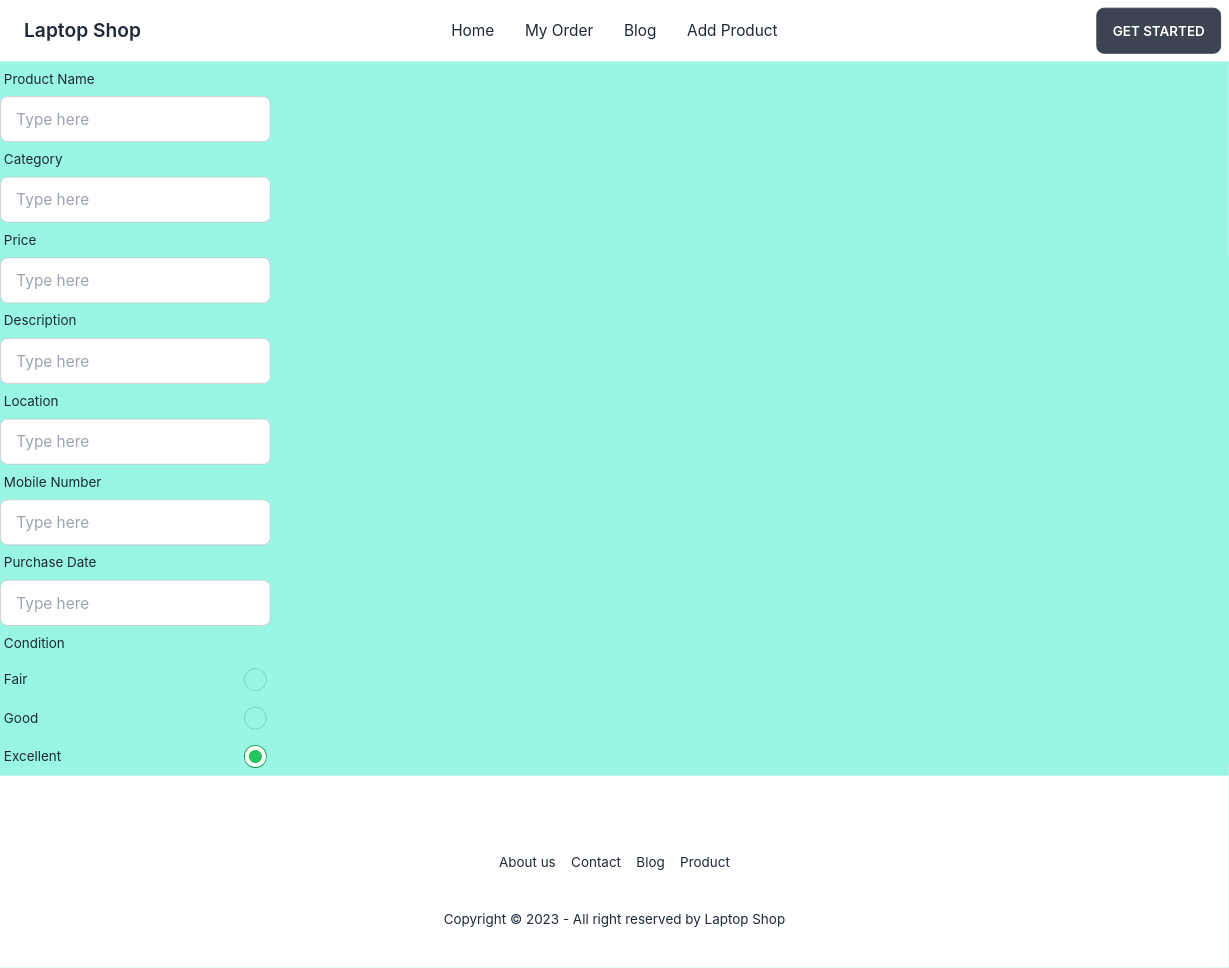
Repository: mdsajib50/E-commerce
Page: /add-product
These files come from the project's save history. The page is drawn as it stood at one moment and after a run of saves; the edit follows.
The browser window is 1280 px wide. The pictures show the whole page, at 96% of full size.
The project was rebuilt for these pictures with package versions that can differ from the ones it lists, and the page was loaded fresh each time. Also part of the build but not shown: src/Pages/Home/Banner/Banner.js, src/Pages/Home/Product/ProductCard.js, src/Pages/Home/Product/Product.js, src/Pages/Home/Home/Home.js.

Above is the page before, as saved 2023-01-11 22:46:48.

### src/App.js
import logo from './logo.svg';
import './App.css';
import { RouterProvider } from 'react-router';
import router from './Routes/Router';

function App() {
  return (
    <div className="App">
        <RouterProvider router={router}></RouterProvider>
    </div>
  );
}

export default App;

### src/Routes/Router.js
import React from 'react';
import { createBrowserRouter } from 'react-router-dom';
import Main from '../Layout/Main/Main';
import AddProduct from '../Pages/AddProduct/AddProduct';
import Home from '../Pages/Home/Home/Home';

const router = createBrowserRouter([
    {
        path: '/',
        element: <Main></Main>,
        children:[
            {
                path:'/',
                element:<Home></Home>
            },
            {
                path:'/home',
                element:<Home></Home>
            },
            {
                path: '/add-product',
                element: <AddProduct></AddProduct>
            }
        ]
    }
])

export default router;

### src/Layout/Main/Main.js
import React from 'react';
import { Outlet } from 'react-router';
import Footer from '../../Pages/Shared/Footer/Footer';
import Header from '../../Pages/Shared/Header/Header';

const Main = () => {
    return (
        <div>
            <Header></Header>
            <Outlet></Outlet>
            <Footer></Footer>
        </div>
    );
};

export default Main;

### src/Pages/AddProduct/AddProduct.js
import React from 'react';

const AddProduct = () => {
    return (
        <div className='bg-teal-200'>
           <div className='flex mx-auto text-center'>
                <form>
                    <div className="form-control">
                        <label className="label">
                            <span className="label-text">Product Name</span>
                        </label>
                        <input type="text" name='product_name' placeholder="Type here" className="input input-bordered w-full max-w-xs" />
                    </div>
                    <div className="form-control w-full max-w-xs">
                        <label className="label">
                            <span className="label-text">Category</span>
                        </label>
                        <input type="text" name='category' placeholder="Type here" className="input input-bordered w-full max-w-xs" />
                    </div>
                    <div className="form-control w-full max-w-xs">
                        <label className="label">
                            <span className="label-text">Price</span>
                        </label>
                        <input type="text" name='price' placeholder="Type here" className="input input-bordered w-full max-w-xs" />
                    </div>
                    <div className="form-control w-full max-w-xs">
                        <label className="label">
                            <span className="label-text">Description</span>
                        </label>
                        <input type="text" name='description' placeholder="Type here" className="input input-bordered w-full max-w-xs" />
                    </div>
                    <div className="form-control w-full max-w-xs">
                        <label className="label">
                            <span className="label-text">Location</span>
                        </label>
                        <input type="text" name='location' placeholder="Type here" className="input input-bordered w-full max-w-xs" />
                    </div>
                    <div className="form-control w-full max-w-xs">
                        <label className="label">
                            <span className="label-text">Mobile Number</span>
                        </label>
                        <input type="text" name='mobile' placeholder="Type here" className="input input-bordered w-full max-w-xs" />
                    </div>
                    <div className="form-control w-full max-w-xs">
                        <label className="label">
                            <span className="label-text">Purchase Date </span>
                        </label>
                        <input type="text" name='date' placeholder="Type here" className="input input-bordered w-full max-w-xs" />
                    </div>
                    <div className="form-control w-full max-w-xs rounded-xl">
                    <label className="label">
                            <span className="label-text">Condition </span>
                        </label>
                        <div className="form-control">
                            <label className="label cursor-pointer">
                                <span className="label-text">Fair</span>
                                <input type="radio" value='fair' name="condition" className="radio checked:bg-red-500" checked />
                            </label>
                            </div>
                            <div className="form-control">
                            <label className="label cursor-pointer">
                                <span className="label-text">Good</span>
                                <input type="radio" value='good' name="condition" className="radio checked:bg-blue-500" checked />
                            </label>
                        </div>
                            <div className="form-control">
                            <label className="label cursor-pointer">
                                <span className="label-text">Excellent</span>
                                <input type="radio" value='excellent' name="condition" className="radio checked:bg-green-500" checked />
                            </label>
                        </div>
                    </div>
                    </form>
           </div>
        </div>
    );
};

export default AddProduct;

### src/Pages/Shared/Footer/Footer.js
import React from 'react';

const Footer = () => {
    return (
        <footer className="footer footer-center p-10 text-base-content rounded mt-10">
            <div className="grid grid-flow-col gap-4">
                <a className="link link-hover">About us</a>
                <a className="link link-hover">Contact</a>
                <a className="link link-hover">Blog</a>
                <a className="link link-hover">Product</a>
            </div>
            <div>
                <p>Copyright © 2023 - All right reserved by Laptop Shop</p>
            </div>
</footer>
    );
};

export default Footer;

### src/Pages/Shared/Header/Header.js
import React from 'react';
import { Link } from 'react-router-dom';

const Header = () => {
    return (
        <div className="navbar bg-base-100">
        <div className="navbar-start">
            <div className="dropdown">
            <label tabIndex={0} className="btn btn-ghost lg:hidden">
                <svg xmlns="http://www.w3.org/2000/svg" className="h-5 w-5" fill="none" viewBox="0 0 24 24" stroke="currentColor"><path strokeLinecap="round" strokeLinejoin="round" strokeWidth="2" d="M4 6h16M4 12h8m-8 6h16" /></svg>
            </label>
            <ul tabIndex={0} className="menu menu-compact dropdown-content mt-3 p-2 shadow bg-base-100 rounded-box w-52">
                <li><Link to='/home'>Home</Link></li>
                <li><Link to='/myorder'>My Order</Link></li>
                <li><Link to='/blog'>Blog</Link></li>
                <li><Link to='/add-product'>Add A Product</Link></li>
            </ul>
            </div>
            <a className="btn btn-ghost normal-case text-xl">Laptop Shop</a>
        </div>
        <div className="navbar-center hidden lg:flex">
            <ul className="menu menu-horizontal px-1">
                <li><Link to='/home'>Home</Link></li>
                <li><Link to='/myorder'>My Order</Link></li>
                <li><Link to='/blog'>Blog</Link></li>
                <li><Link to='/add-product'>Add Product</Link></li>
            </ul>
        </div>
        <div className="navbar-end">
            <a className="btn">Get started</a>
        </div>
</div>
    );
};

export default Header;

Loaded but not shown: src/index.js (common file); src/index.css (common file); src/reportWebVitals.js (common file); src/App.css (common file); tailwind.config.js (common file)

After the next 3 saves:
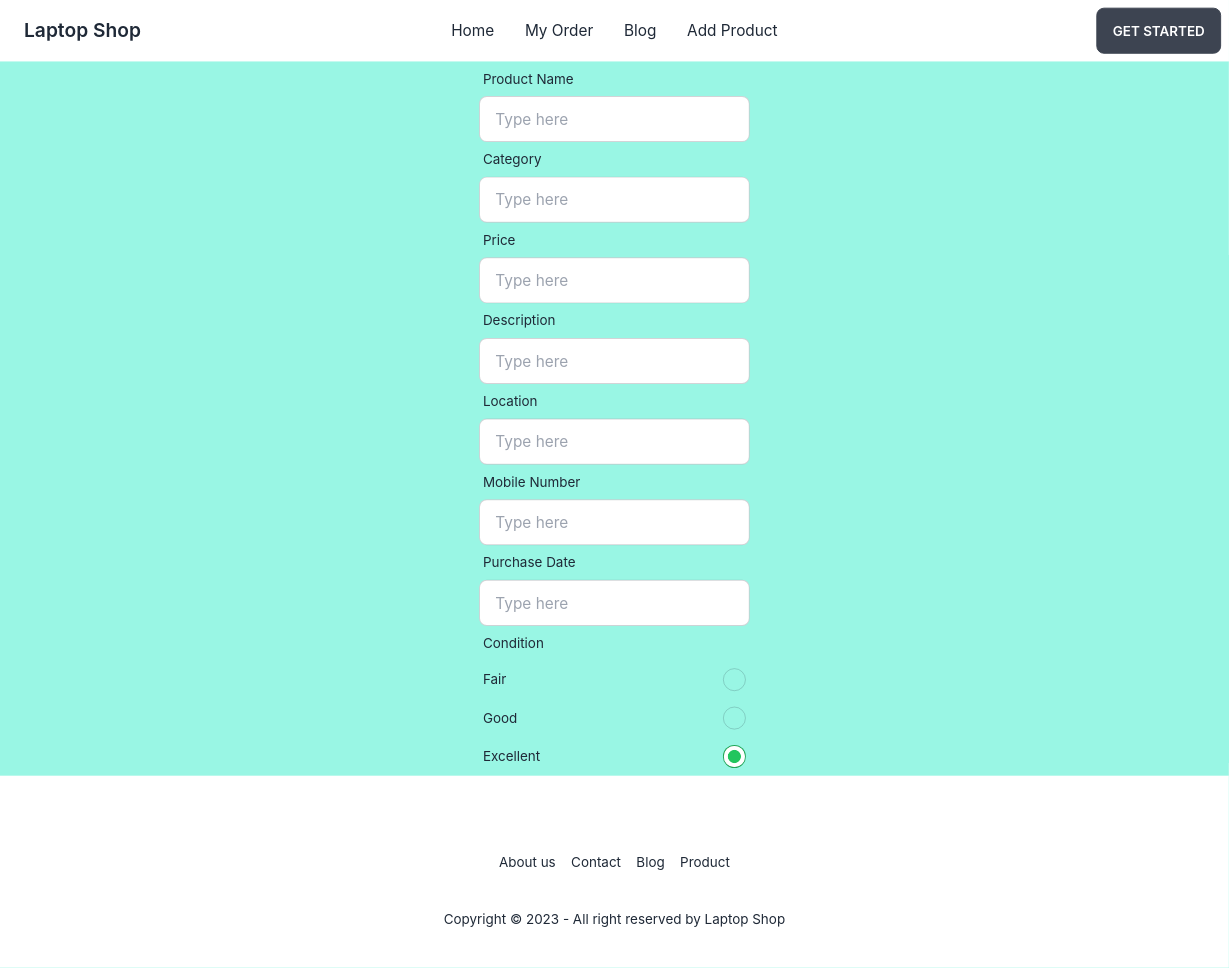
The 3 saves are shown as one change because they came seconds apart.
The last was saved 10 s later.
--- a/src/Pages/AddProduct/AddProduct.js
+++ b/src/Pages/AddProduct/AddProduct.js
@@ -3,7 +3,7 @@ import React from 'react';
 const AddProduct = () => {
     return (
         <div className='bg-teal-200'>
-           <div className='flex mx-auto text-center'>
+           <div className='flex mx-auto text-center justify-center'>
                 <form>
                     <div className="form-control">
                         <label className="label">
